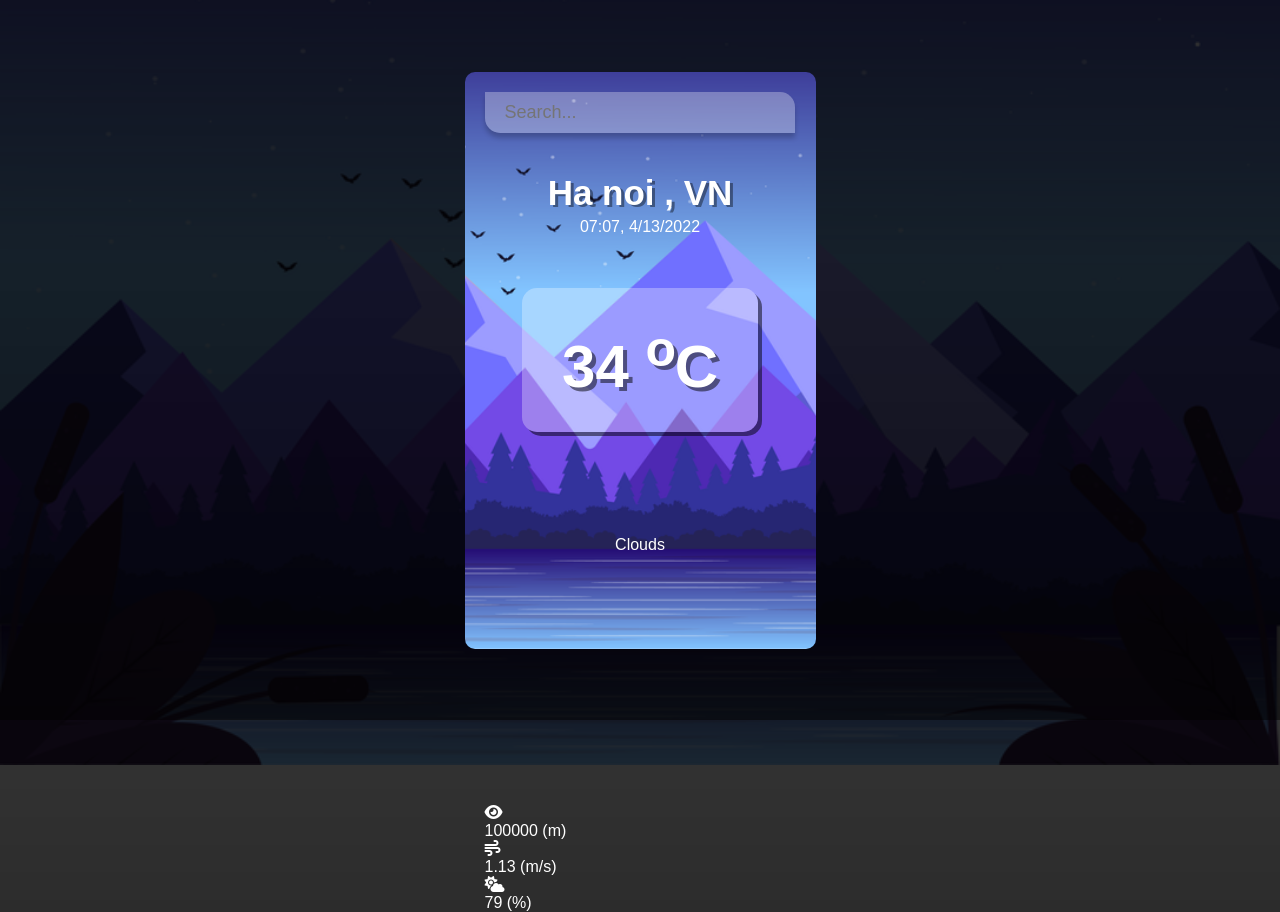
Repository: nganha241/weather-app
Page: index.html
These files come from the project's save history. The page is drawn as it stood at one moment and after the next save; the edit follows.
The browser window is 1280 px wide. The pictures show the whole page.
Some web libraries are served in a nearby version.

Above is the page before, as saved 2022-04-13 09:48:52.

After the next save:
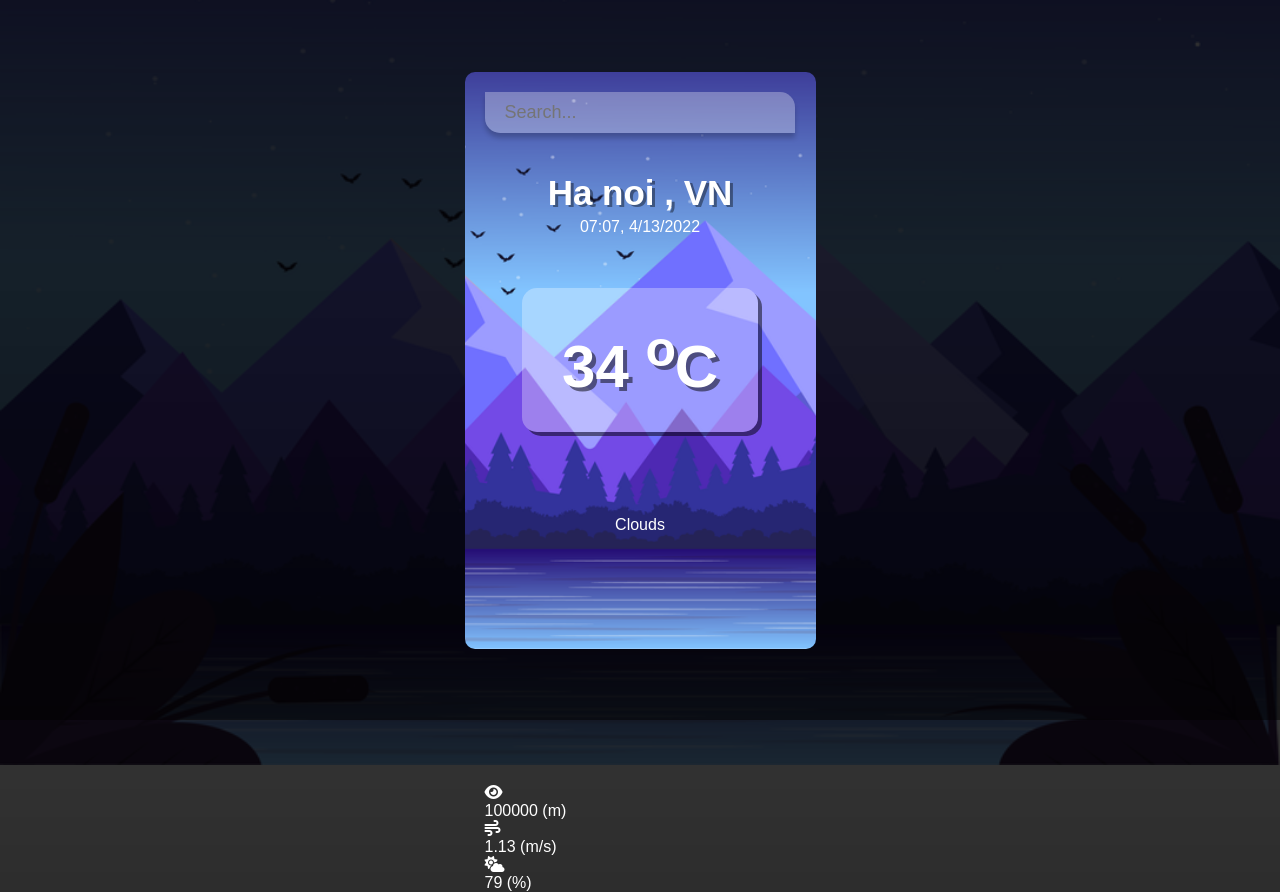
Saved 26 s later.
--- a/style.css
+++ b/style.css
@@ -55,6 +55,7 @@ body {
 
 .time {
     margin-top: 5px;
+    margin-bottom: -20px;
 }
 
 .deg {
